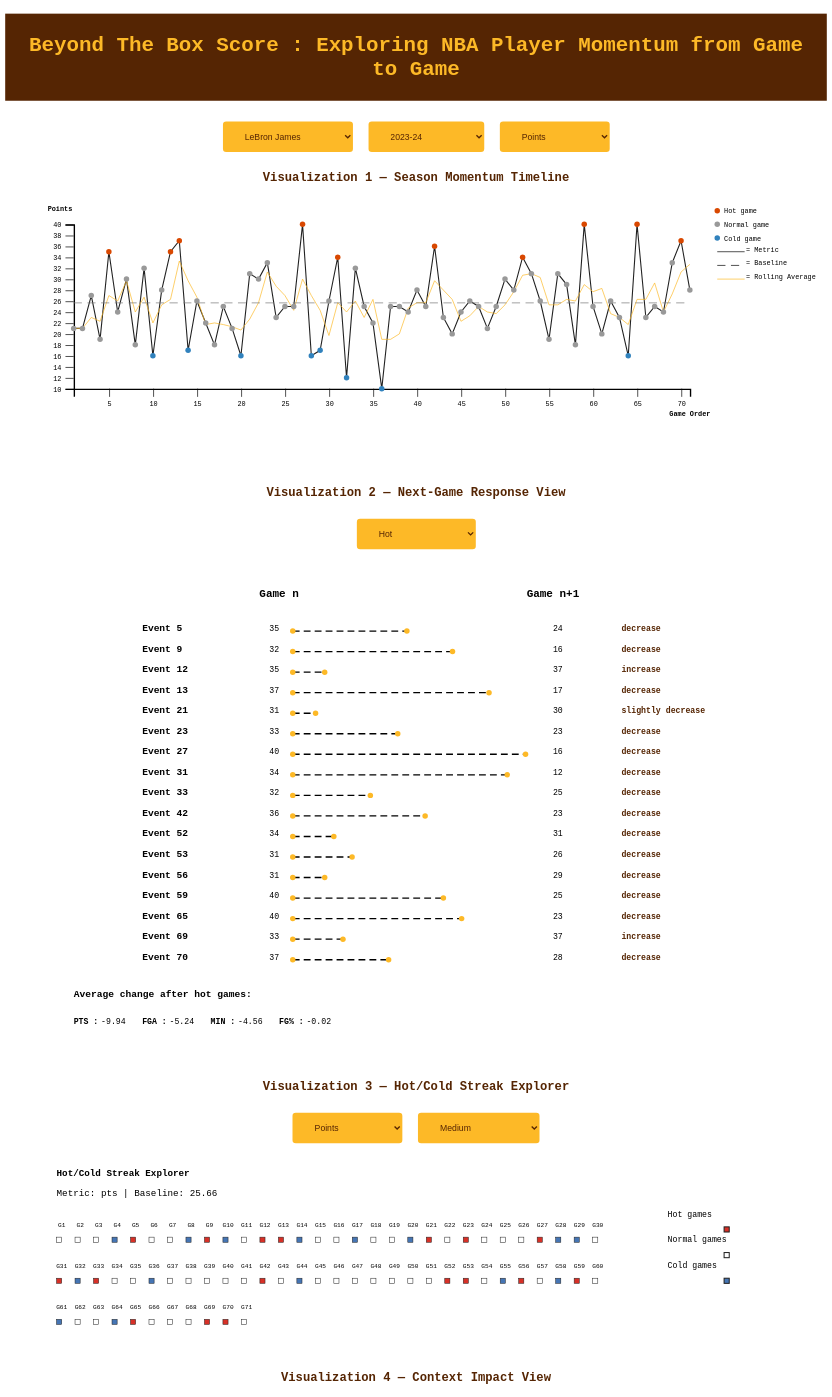
Repository: houdafatih/Data-Viz-Project
Page: index.html
The author's editor kept a copy of each file at every save. The page is drawn from the files as they stood at one save, then again after the next save.
The browser window is 1280 px wide. The pictures show the whole page, at 65% of full size.

Above is the page before, as saved 2026-06-21 02:59:55.

After the next save:
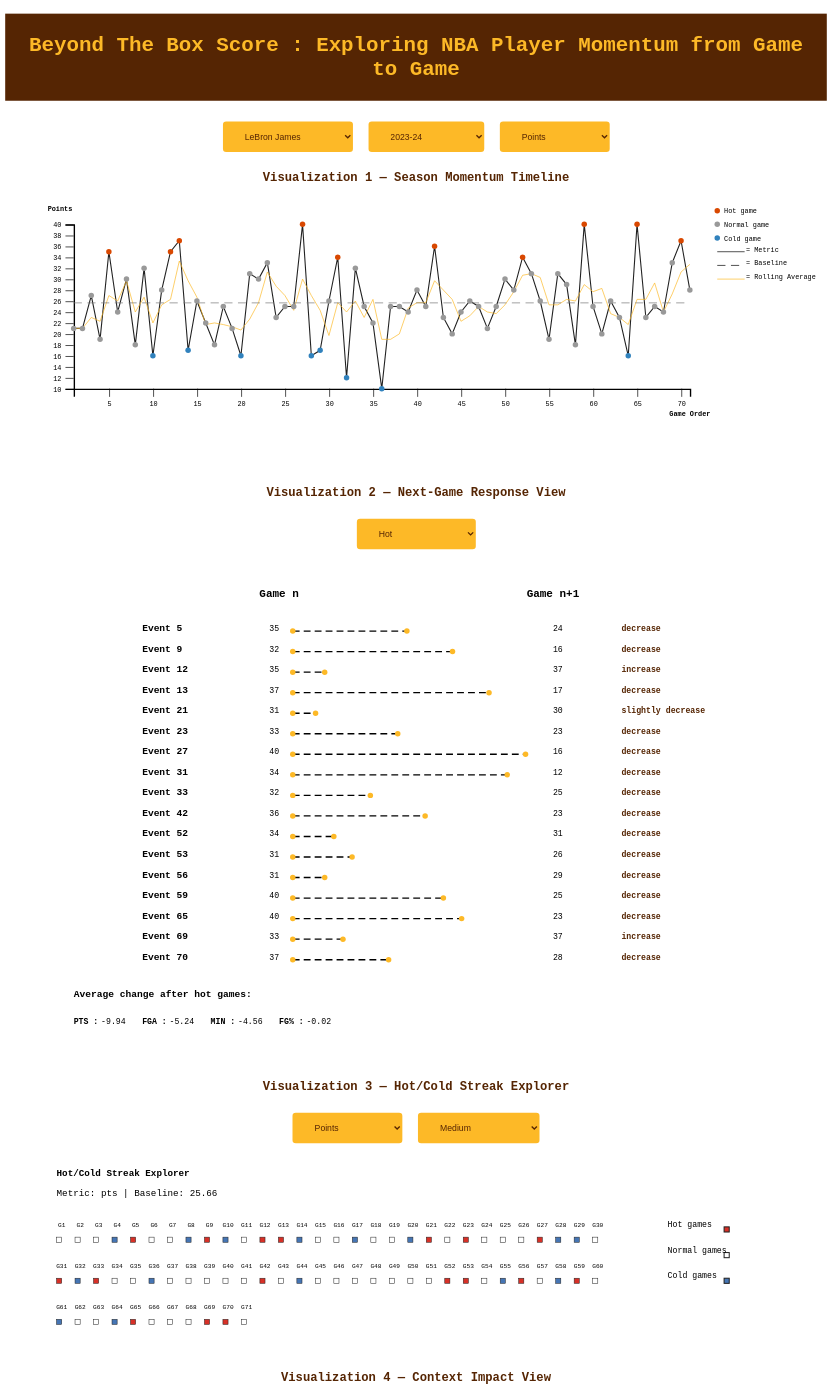
Saved 27 s later.
--- a/scripts/visualization3.js
+++ b/scripts/visualization3.js
@@ -104,5 +104,5 @@
     .attr("width",5).attr("height",5).attr("fill",d => d.color).attr("stroke","#222")
 
     svg.selectAll(".legend-tex").data(colors_labels).enter().append("text").attr("class",".legend-tex")
-    .attr("x",canvas.width - 155).attr("y",(d,j) => 65 + j * 25).attr("font-size","8px").text(d => d.lab)
+    .attr("x",canvas.width - 155).attr("y",(d,j) => 75 + j * 25).attr("font-size","8px").text(d => d.lab)
 }
